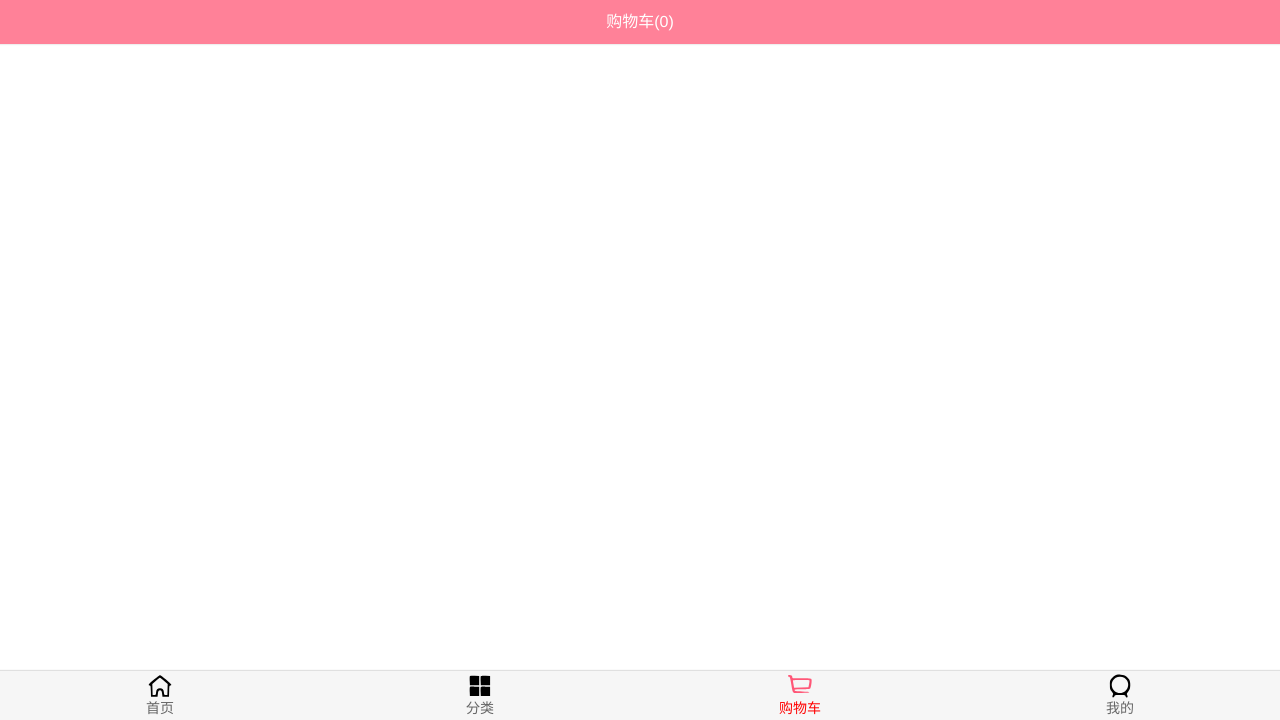
Repository: shihaowengit/mall
Page: /cart
The author's editor kept a copy of each file at every save. The page is drawn from the files as they stood at one save, then again after the next save.
The browser window is 1280 px wide. The pictures show the whole page.
The project was rebuilt for these pictures with package versions that can differ from the ones it lists, and the page was loaded fresh each time. Also part of the build but not shown: vue.config.js.

Above is the page before, as saved 2019-12-01 21:49:59.

### public/index.html
<!DOCTYPE html>
<html lang="en">
  <head>
    <meta charset="utf-8">
    <meta http-equiv="X-UA-Compatible" content="IE=edge">
    <meta name="viewport" content="width=device-width,initial-scale=1.0">
    <link rel="icon" href="<%= BASE_URL %>favicon.ico">
    <title>mail</title>
  </head>
  <body>
    <noscript>
      <strong>We're sorry but mail doesn't work properly without JavaScript enabled. Please enable it to continue.</strong>
    </noscript>
    <div id="app"></div>
    <!-- built files will be auto injected -->
  </body>
</html>

### src/main.js
import Vue from 'vue'
import App from './App.vue'
import router from './router'
import store from './store'

Vue.prototype.$bus = new Vue()

Vue.config.productionTip = false

new Vue({
  router,
  store,
  render: h => h(App)
}).$mount('#app')

### src/App.vue
<template>
  <div id="app">
    <keep-alive exclude="Detail">
      <router-view/>
    </keep-alive>
    <main-tab-bar/>
  </div>
</template>

<script>
import MainTabBar from 'components/content/mainTabBar/MainTabBar'
export default {
  name: 'App',
  components: {
    MainTabBar
  }
}
</script>

<style>
  @import url('./assets/css/base.css');
</style>

### src/router/index.js
import Vue from 'vue'
import VueRouter from 'vue-router'

const Home = () => import('views/home/Home')
const Category = () => import('views/category/Category')
const Cart = () => import('views/cart/Cart')
const Profile = () => import('views/profile/Profile')
const Detail = () => import('views/detail/Detail')


//防止多次点击报错
// const originalPush = VueRouter.prototype.push
// VueRouter.prototype.push = function push(location) {
//   return originalPush.call(this, location).catch(err => err)
// }

Vue.use(VueRouter)

const routes = [
  {
    path: '',
    redirect: '/home'
  },
  {
    path: '/home',
    component: Home
  },
  {
    path: '/category',
    component: Category
  },
  {
    path: '/cart',
    component: Cart
  },
  {
    path: '/profile',
    component: Profile
  },
  {
    path: '/detail/:iid',
    component: Detail
  }
]

const router = new VueRouter({
  mode: 'history',
  base: process.env.BASE_URL,
  routes
})

export default router

### src/store/index.js
import Vue from 'vue'
import Vuex from 'vuex'
import mutations from './mutations'
import actions from './actions'
import getters from './getters'

Vue.use(Vuex)

const state = {
  cartList: []
}

export default new Vuex.Store({
  state,
  mutations,
  actions,
  getters
})

### src/assets/css/base.css
@import "./normalize.css";

:root {
  --color-text: #666;
  --color-high-text: #ff5777;
  --color-tint: #ff8198;
  --color-background: #fff;
  --font-size: 14px;
  --line-height: 1.5;
}

*,
*::before,
*::after {
  margin: 0;
  padding: 0;
  box-sizing: border-box;
}

body {
  font-family: "Helvetica Neue",Helvetica,"PingFang SC","Hiragino Sans GB","Microsoft YaHei","微软雅黑",Arial,sans-serif;
  user-select: none; /* 禁止用户鼠标在页面上选中文字/图片等 */
  -webkit-tap-highlight-color: transparent; /* webkit是苹果浏览器引擎，tap点击，highlight背景高亮，color颜色，颜色用数值调节 */
  background: var(--color-background);
  color: var(--color-text);
  /* rem vw/vh */
  width: 100vw;
}

a {
  color: var(--color-text);
  text-decoration: none;
}


.clear-fix::after {
  clear: both;
  content: '';
  display: block;
  width: 0;
  height: 0;
  visibility: hidden;
}

.clear-fix {
  zoom: 1;
}

.left {
  float: left;
}

.right {
  float: right;
}

### src/components/content/mainTabBar/MainTabBar.vue
<template>
  <tab-bar>
    <tab-bar-item path="/home">
      <template v-slot:item-icon>
        <img src="~assets/img/tabbar/home.svg" alt="">
      </template>
      <template v-slot:item-active-icon>
        <img src="~assets/img/tabbar/home_active.svg" alt="">
      </template>
      <template v-slot:item-text>
        <div>首页</div>
      </template>
    </tab-bar-item>
    <tab-bar-item path="/category">
      <template v-slot:item-icon>
        <img src="~assets/img/tabbar/category.svg" alt="">
      </template>
      <template v-slot:item-active-icon>
        <img src="~assets/img/tabbar/category_active.svg" alt="">
      </template>
      <template v-slot:item-text>
        <div>分类</div>
      </template>
    </tab-bar-item>
    <tab-bar-item path="/cart">
      <template v-slot:item-icon>
        <img src="~assets/img/tabbar/shopcart.svg" alt="">
      </template>
      <template v-slot:item-active-icon>
        <img src="~assets/img/tabbar/shopcart_active.svg" alt="">
      </template>
      <template v-slot:item-text>
        <div>购物车</div>
      </template>
    </tab-bar-item>
    <tab-bar-item path="/profile">
      <template v-slot:item-icon>
        <img src="~assets/img/tabbar/profile.svg" alt="">
      </template>
      <template v-slot:item-active-icon>
        <img src="~assets/img/tabbar/profile_active.svg" alt="">
      </template>
      <template v-slot:item-text>
        <div>我的</div>
      </template>
    </tab-bar-item>
  </tab-bar>
</template>

<script>
  import TabBar from 'components/common/tabbar/TabBar'
  import TabBarItem from 'components/common/tabbar/TabBarItem'

  export default {
    name: "MainTabBar",
    components: {
      TabBar,
      TabBarItem
    }
  }
</script>

<style scoped>

</style>

### src/views/cart/Cart.vue
<template>
  <div class="cart">
    <nav-bar class="nav-bar">
      <template v-slot:center><div>购物车({{cartLength}})</div></template>
    </nav-bar>
  </div>
</template>

<script>
import NavBar from 'components/common/navbar/NavBar'

import { mapGetters } from 'vuex'

export default {
  name: 'Cart',
  components: {
    NavBar
  },
  computed: {
    ...mapGetters(['cartLength', 'cartList'])
  }
}
</script>

<style>
  .nav-bar {
    background-color: var(--color-tint);
    color: #fff;
  }
</style>

### src/store/mutations.js
import{
  ADD_COUNTER,
  ADD_TO_CART
} from './mutations-types'

const mutations = {
  [ADD_COUNTER](state, payload) {
    payload.count += 1
  },
  [ADD_TO_CART](state, payload) {
    state.cartList.push(payload)
  }
}

export default mutations

### src/store/actions.js
import{
  ADD_COUNTER,
  ADD_TO_CART
} from './mutations-types'

const actions = {
  addCart({state, commit}, payload) {
    let oldProduct = state.cartList.find(item => item.iid === payload.iid)

    if (oldProduct) {
      commit(ADD_COUNTER, oldProduct)
    } else {
      payload.count = 1
      commit(ADD_TO_CART, payload)
    }
  }
}

export default actions

### src/store/getters.js
const getters = {
  cartLength(state) {
    return state.cartList.length
  },
  cartList(state) {
    return state.cartList()
  }
}

export default getters

### src/components/common/tabbar/TabBar.vue
<template>
  <div id="tab-bar">
    <slot></slot>
  </div>
</template>

<script>
export default {
  name: 'TabBar'
};
</script>

<style>
  #tab-bar {
    display: flex;
    background-color: #f6f6f6;

    position: fixed;
    left: 0;
    right: 0;
    bottom: 0;

    box-shadow: 0 -1px 1px rgba(100, 100, 100, 0.2);
  }
</style>

### src/components/common/tabbar/TabBarItem.vue
<template>
  <div class="tab-bar-item" @click="itemClick">
    <div v-if="!isActive">
      <slot name="item-icon"></slot>
    </div>
    <div v-else>
      <slot name="item-active-icon"></slot>
    </div>
    <div :style="activeStyle">
      <slot name="item-text"></slot>
    </div>
  </div>
</template>

<script>
export default {
  name: 'TabBarItem',
  props: {
    path: String,
    activeColor: {
      type: String,
      default: 'red'
    }
  },
  data() {
    return {
      // isActive: true
    }
  },
  methods: {
    itemClick() {
      this.$router.push(this.path);
    }
  },
  computed: {
    activeStyle() {
      return this.isActive ? {color: this.activeColor} : {}
    },
    isActive() {
      return this.$route.path.indexOf(this.path) !== -1
    }
  }
};
</script>

<style>
  .tab-bar-item {
    flex: 1;
    text-align: center;
    height: 49px;
    font-size: 14px;
  }

  .tab-bar-item img {
    width: 24px;
    height: 24px;
    margin-top: 3px;
    vertical-align: middle;
    margin-bottom: 2px;
  }
</style>

### src/components/common/navbar/NavBar.vue
<template>
  <div class="nav-bar">
    <div class="left"><slot name="left"></slot></div>
    <div class="center"><slot name="center"></slot></div>
    <div class="right"><slot name="right"></slot></div>
  </div>
</template>

<script>
export default {
  name: 'NavBar'
}
</script>

<style>
  .nav-bar {
    display: flex;
    height: 44px;
    line-height: 44px;
    text-align: center;
    box-shadow: 0 1px 1px rgba(100, 100, 100, .1);
  }

  .left, .right {
    width: 50px;
  }

  .center {
    flex: 1;
  }
</style>

Loaded but not shown: src/assets/css/normalize.css (library); src/store/mutations-types.js (common file)

After the next save:
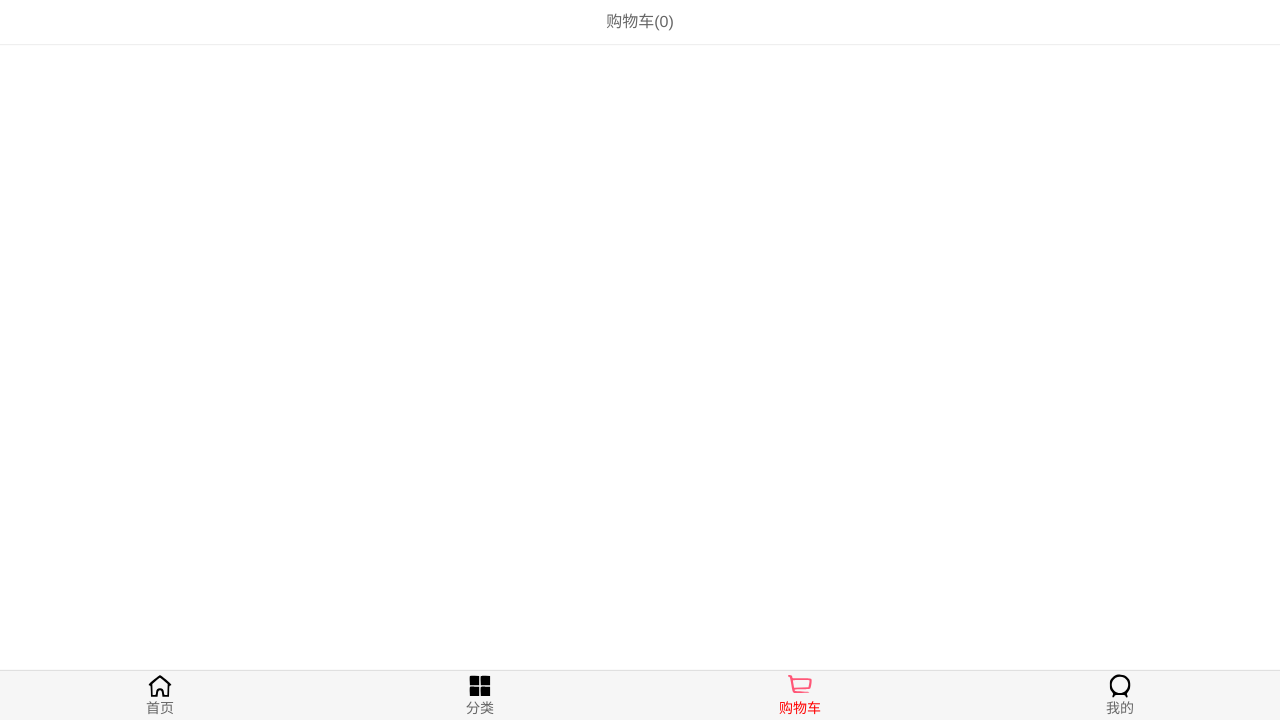
Saved 30 s later.
--- a/src/views/cart/Cart.vue
+++ b/src/views/cart/Cart.vue
@@ -22,9 +22,9 @@
 }
 </script>
 
-<style>
+<style scoped>
   .nav-bar {
     background-color: var(--color-tint);
     color: #fff;
   }
-</style>
+</styl>

After the save that followed:
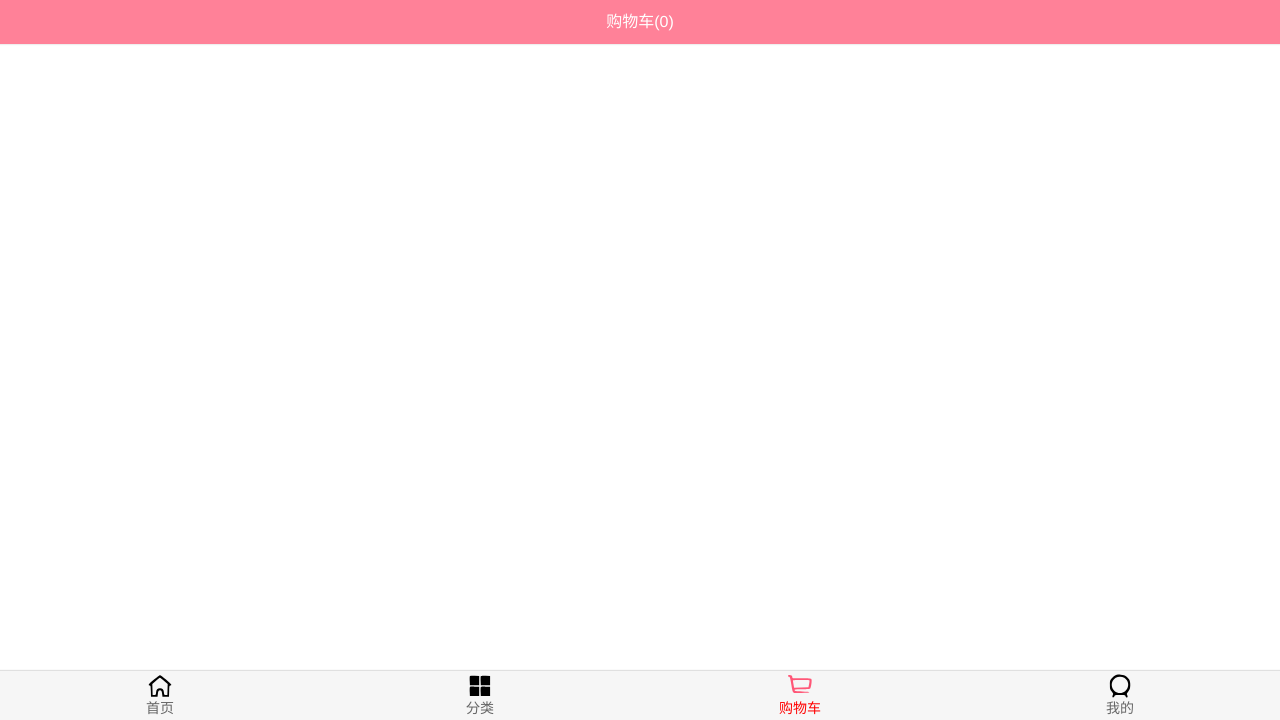
Saved 6 s later.
--- a/src/views/cart/Cart.vue
+++ b/src/views/cart/Cart.vue
@@ -27,4 +27,4 @@
     background-color: var(--color-tint);
     color: #fff;
   }
-</styl>
+</style>
